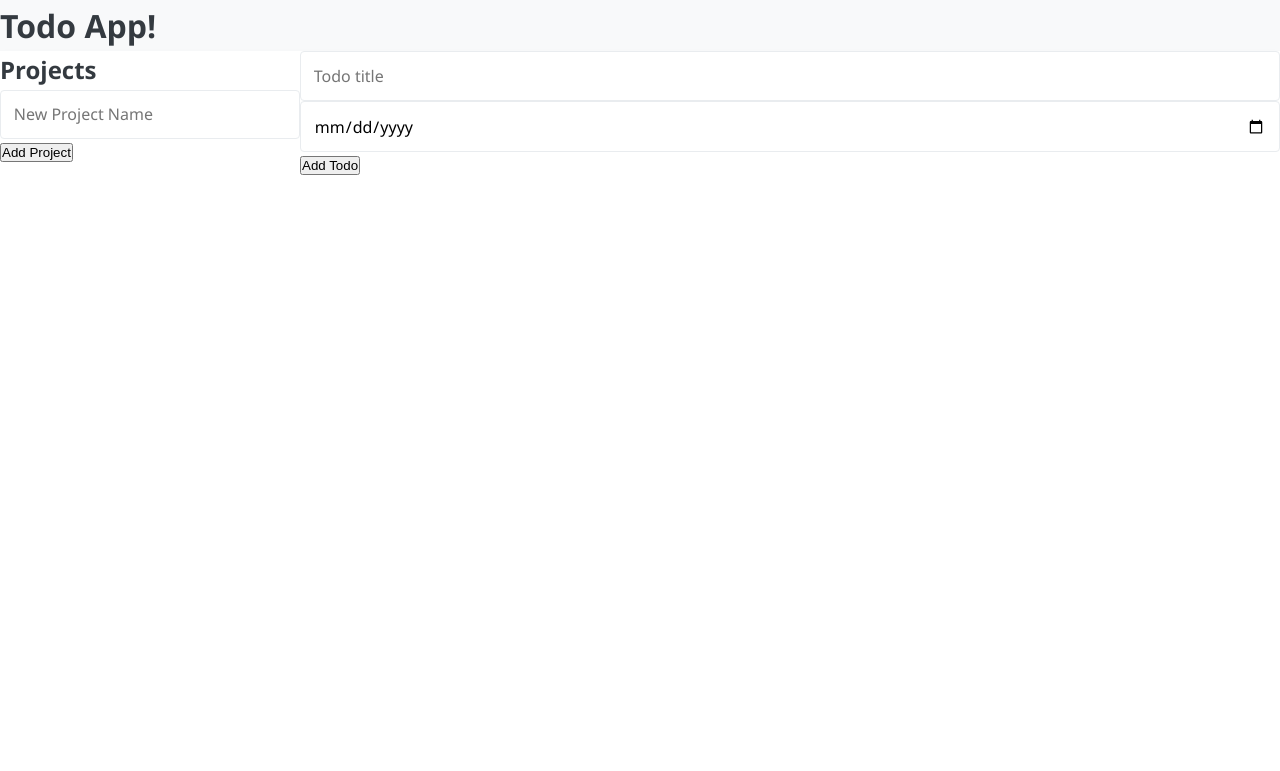
Repository: gkintu/odin-todo-list
Page: src/index.html
An editor plug-in stored every save of this project. The page is shown before and after the next save, followed by the edit.
The browser window is 1280 px wide. The pictures show the whole page.

Above is the page before, as saved 2025-03-21 09:17:19.
Console error: TypeError: Cannot set properties of null (setting 'innerHTML')

### src/index.html
<!DOCTYPE html>
<html lang="en">
<head>
    <meta charset="UTF-8">
    <meta name="viewport" content="width=device-width, initial-scale=1.0">
    <title>Todo Project</title>
</head>
<body>
    <h1>Todo App!</h1>

    <div class="container">
        <div class="projects-section">
            <h2>Projects</h2>
            <ul id="project-list"></ul>
            <div class="add-project">
                <input type="text" id="new-project-input" placeholder="New Project Name">
                <button id="add-project-btn">Add Project</button>
            </div>
        </div>

        <div class="add-todo">
            <input type="text" id="new-todo-title" placeholder="Todo title">
            <input type="date" id="new-todo-date">
            <button id="add-todo-btn">Add Todo</button>
        </div>
    </div>
    <script src="bundle.js"></script>
</body>
</html>

Loaded but not shown: bundle.js (library)

After the next save:
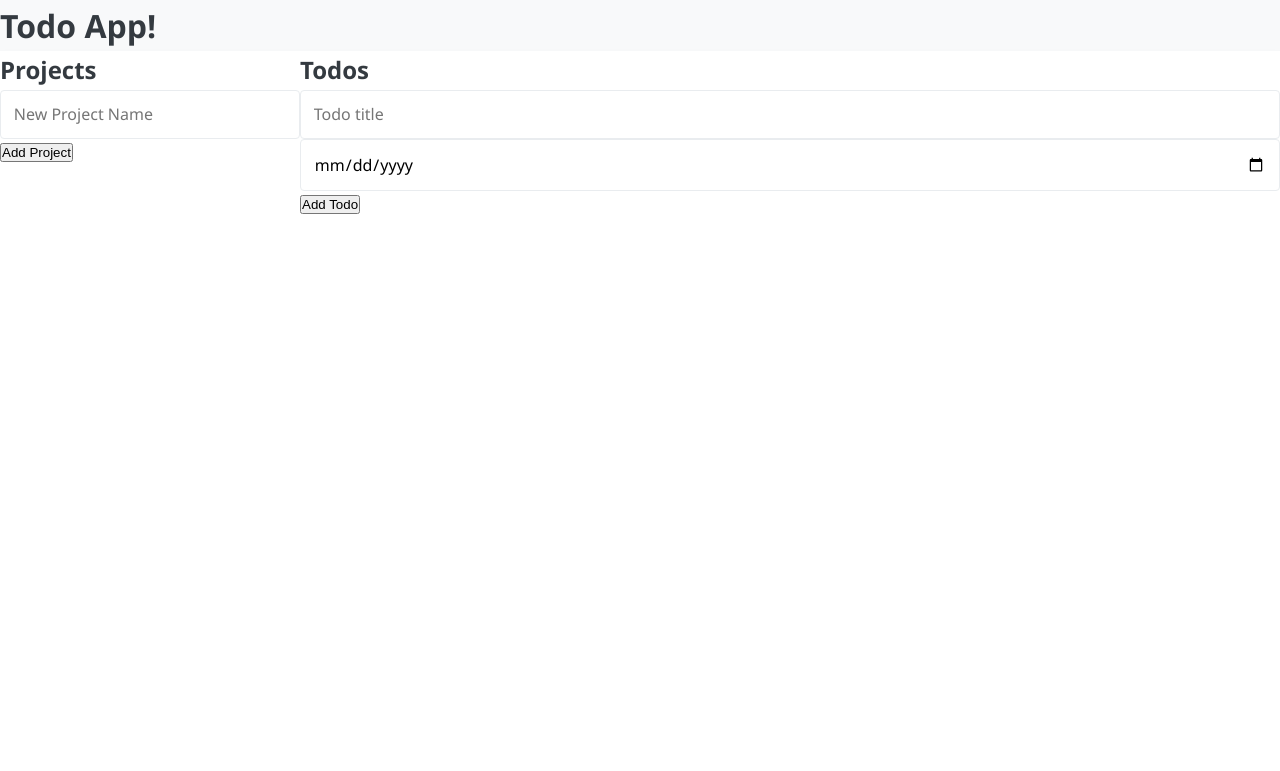
Saved 3 min 0 s later.
--- a/src/index.html
+++ b/src/index.html
@@ -18,10 +18,14 @@
             </div>
         </div>
 
-        <div class="add-todo">
-            <input type="text" id="new-todo-title" placeholder="Todo title">
-            <input type="date" id="new-todo-date">
-            <button id="add-todo-btn">Add Todo</button>
+        <div class="todos-section">
+            <h2>Todos</h2>
+            <ul id="todo-list"></ul>
+            <div class="add-todo">
+                <input type="text" id="new-todo-title" placeholder="Todo title">
+                <input type="date" id="new-todo-date">
+                <button id="add-todo-btn">Add Todo</button>
+            </div>
         </div>
     </div>
     <script src="bundle.js"></script>
